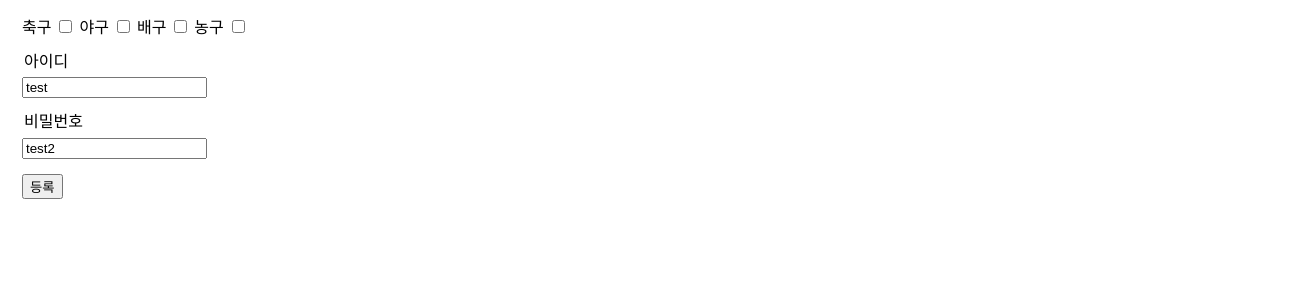
Repository: mireu930/Serverlet_App
Page: src/build/classes/webapp/template/sample_form.html
These files come from the project's save history. The page is drawn as it stood at one moment and after the next save; the edit follows.
The browser window is 1280 px wide. The page is 1280 px wide, then 1302 px, so the pictures cover 1302 px, including what lies to the right of the window. The pictures show the whole page.

Above is the page before, as saved 2025-02-07 16:22:04.

After the next save:
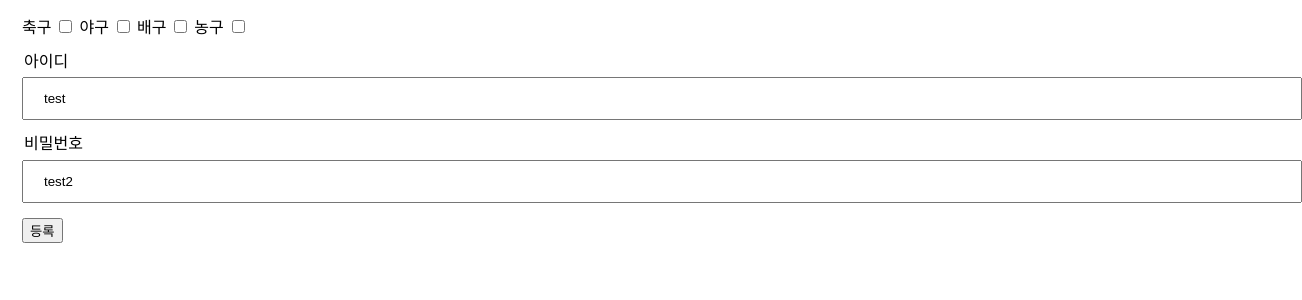
Saved 66 s later.
--- a/src/build/classes/webapp/template/sample_form.html
+++ b/src/build/classes/webapp/template/sample_form.html
@@ -7,6 +7,12 @@
   <style>
     fieldset {
       border:0;
+    }
+
+    input[type=text] {
+      width: 100%;
+      padding:12px 20px;
+
     }
   </style>
 </head>
